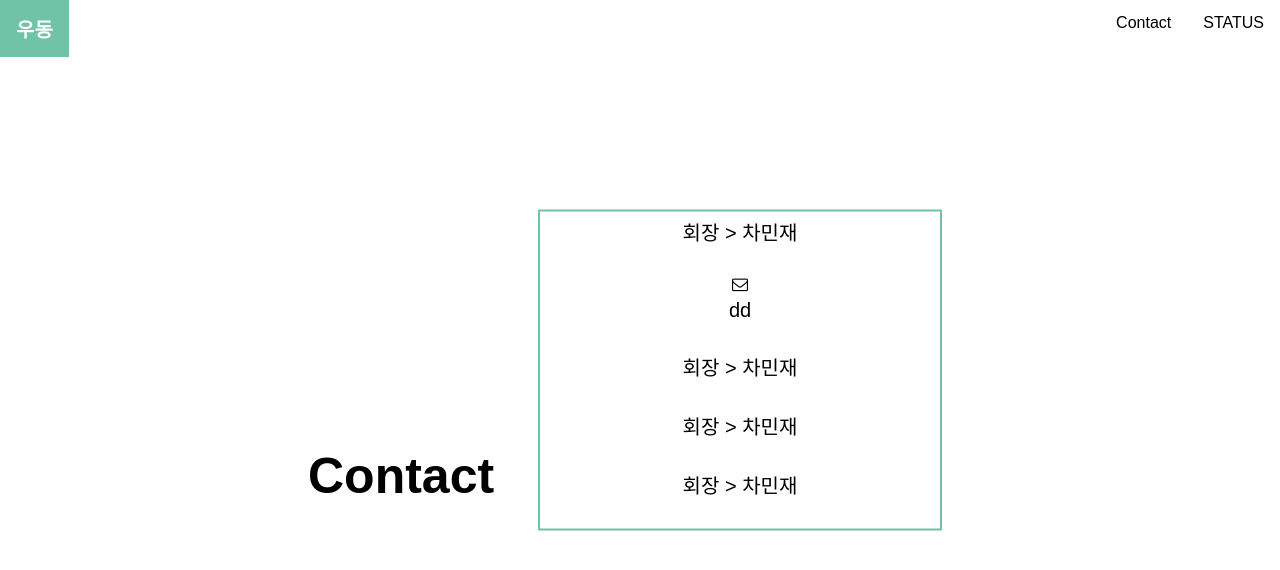
Repository: charmingjae/circles
Page: http://localhost/circles/root/contact.jsp
The author's editor kept a copy of each file at every save. The page is drawn from the files as they stood at one save, then again after the next save.
The browser window is 1280 px wide. The pictures show the whole page.
Some web fonts or font styles are not loaded; a fallback is used. The page is served by Tomcat 9.

Above is the page before, as saved 2020-07-09 15:02:47.

After the next save:
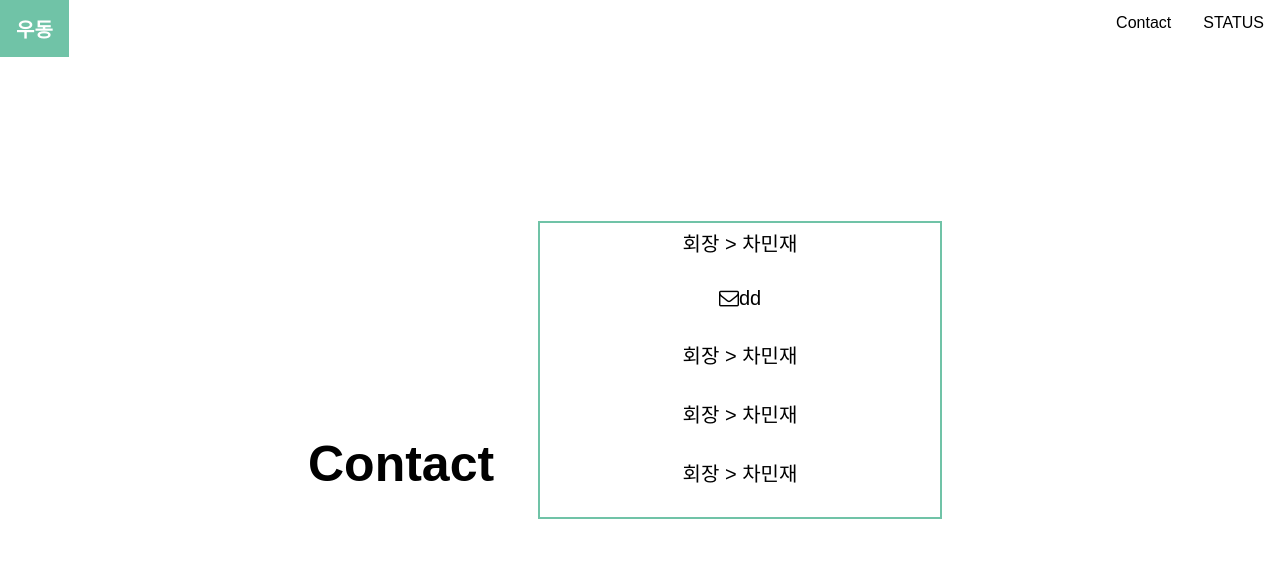
Saved 14 s later.
--- a/circles/WebContent/root/contact.jsp
+++ b/circles/WebContent/root/contact.jsp
@@ -21,7 +21,7 @@
 			<span id="head"> Contact </span>
 			<div class="main">
 				<span id="showEtc"> 회장 > 차민재 </span>
-				<i class="fa fa-envelope-o" aria-hidden="true"></i><span id="showEtc"> dd </span>
+				<span id="showEtc"><i class="fa fa-envelope-o" aria-hidden="true"></i>dd  </span>
 				<span id="showEtc"> 회장 > 차민재 </span>
 				<span id="showEtc"> 회장 > 차민재 </span>
 				<span id="showEtc"> 회장 > 차민재 </span>
